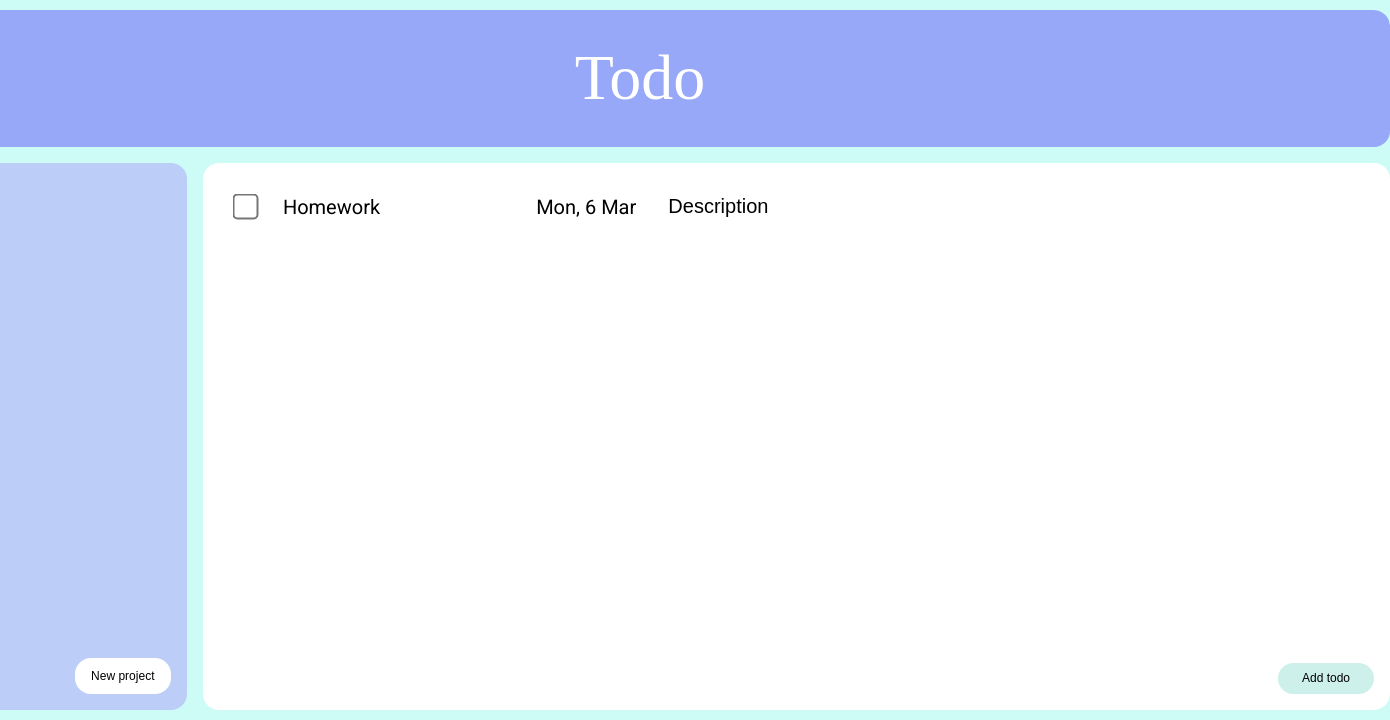
Repository: yeetzpxoci/todo-list
Page: dist/index.html
These files come from the project's save history. The page is drawn as it stood at one moment and after the next save; the edit follows.
The browser window is 1280 px wide. The page is 1390 px wide, so the pictures cover 1390 px, including what lies to the right of the window. The pictures show the whole page.
Some web fonts or font styles are not loaded; a fallback is used.

Above is the page before, as saved 2023-03-07 17:26:05.
Console error: ReferenceError: projectNameSubmit is not defined

After the next save:
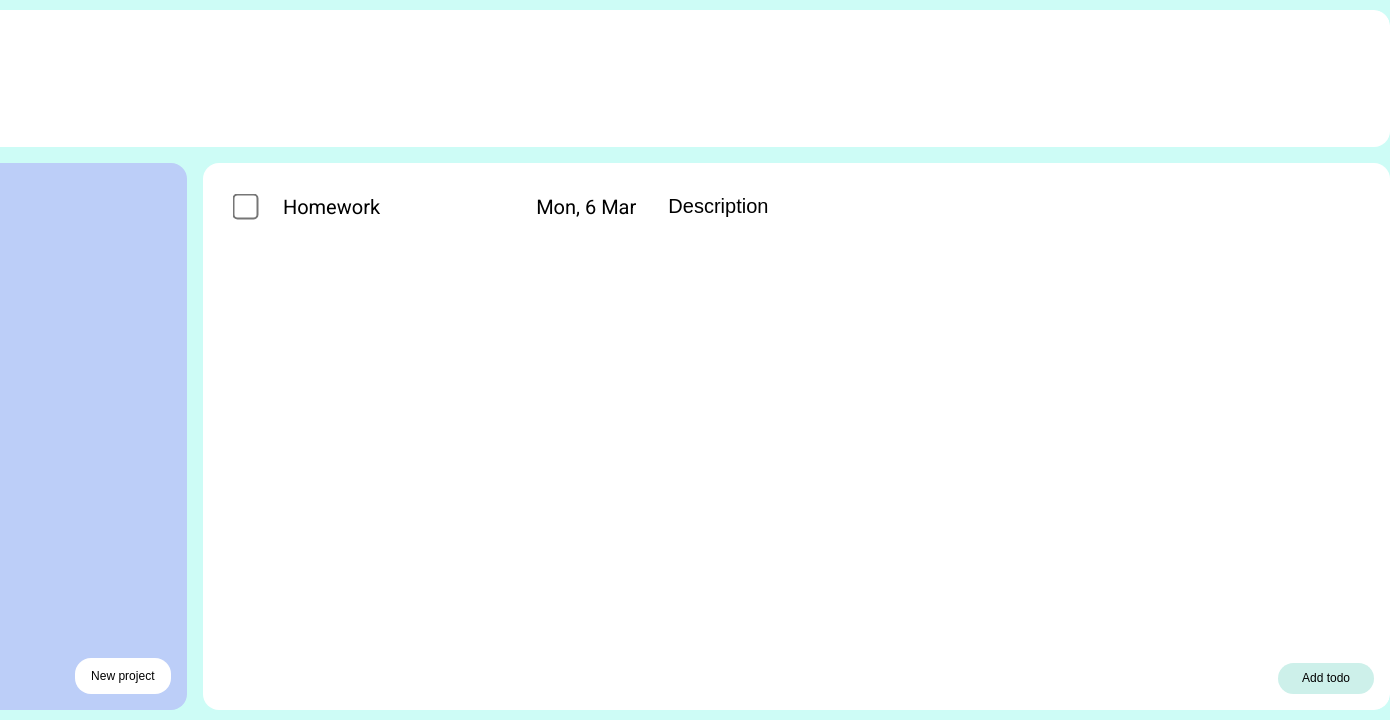
Saved 40 s later.
--- a/dist/styles.css
+++ b/dist/styles.css
@@ -35,7 +35,7 @@ p {
     display: flex;
     justify-content: center;
     align-items: center;
-    background-color: #98A8F8;
+    background-color: #FFFFFF;
     font-size: 64px;
     font-family: 'Tilt Warp', cursive;
     grid-column: 1 / 3;
